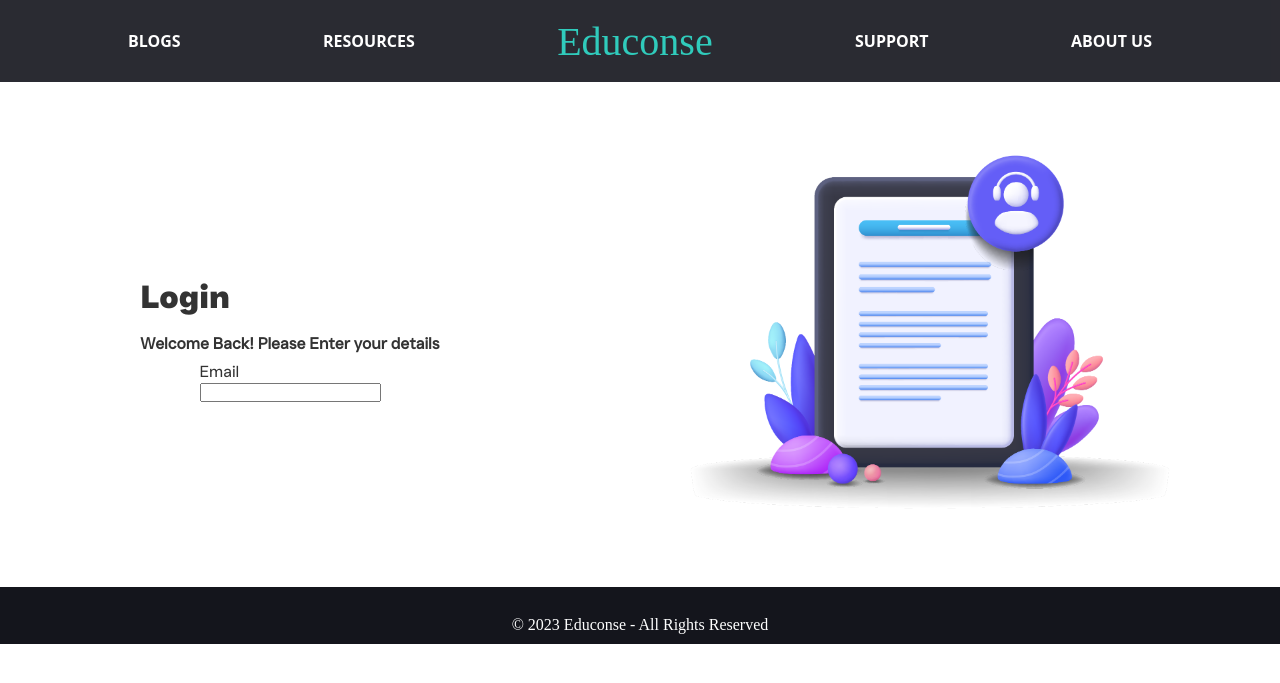
Repository: devajay07/educonse
Page: pages/login.html
An editor plug-in stored every save of this project. The page is shown before and after a run of saves, followed by the edit.
The browser window is 1280 px wide. The pictures show the whole page.

Above is the page before, as saved 2023-10-15 02:09:54.

### pages/login.html
<!DOCTYPE html>
<html lang="en">

<head>
  <meta charset="UTF-8" />
  <meta name="viewport" content="width=device-width, initial-scale=1.0" />
  <title>Document</title>

  <script src="https://code.jquery.com/jquery-3.7.0.js"></script>
  <link rel="stylesheet" href="/css/header.css" />
  <link rel="stylesheet" href="/css/login.css" />
</head>

<body>
  <header id="header"></header>
  <main>
    <div class="login-panel">
      <div class="left-section">
        <div class="top">
          <h1 class="heading">Login</h1>
          <h2 class="sub-heading">Welcome Back! Please Enter your details</h2></div>
        <div class="email">
          <label for="email-input">Email</label>
          <div class="email-field">
            <input type="email" name="email-input" id="email-input" />
          </div>
        </div>
        <div class="password">
          <label for=""></label>
        </div>
      </div>
      <div class="right-section">

        <img src="/images/login1.png" alt="Login Image" id="login-img">
      </div>
    </div>
  </main>
  <footer>
    <div class="footer-2">&copy; 2023 Educonse - All Rights Reserved</div>
  </footer>
  <script>
    $(document).ready(function () {
      $("#header").load("/pages/header.html");
    });
  </script>
</body>

</html>

### css/header.css
@import url("https://cdnjs.cloudflare.com/ajax/libs/font-awesome/6.4.2/css/all.min.css");
* {
  padding: 0;
  margin: 0;
  box-sizing: border-box;
}
@font-face {
  font-family: "brand-bold";
  src: url("/fonts/brand-bold.otf") format("opentype");
  font-weight: normal;
  font-style: normal;
}
@font-face {
  font-family: "brand-reg";
  src: url("/fonts/brand-regular.otf") format("opentype");
  font-weight: normal;
  font-style: normal;
}

:root {
  --brand-color: hsla(291, 60%, 34%, 1);
  --hookers-green: hsla(174, 17%, 46%, 1);
  --white: hsla(0, 0%, 100%, 1);
  --poppy: hsla(356, 74%, 52%, 1);
  --black: hsla(60, 1%, 14%, 1);
  --beige: #f5f5dc;

  --brand-bold: "brand-bold", sans-serif;
  --brand-reg: "brand-reg", sans-serif;
  --universal-margin: 1rem 8rem;
  --section-margin: 1rem;
  --footer-bg: rgb(20, 21, 28);
}

body {
  background-color: white;
  color: #333; /* A light version of black */
}

.nav-container {
  display: flex;
  align-items: center;
  justify-content: space-between;
  width: 100%;
  margin: var(--universal-margin);
  height: 50px;
}
.nav-container .nav-item {
  font-family: system-ui, -apple-system, BlinkMacSystemFont, "Segoe UI", Roboto,
    Oxygen, Ubuntu, Cantarell, "Open Sans", "Helvetica Neue", sans-serif;
  color: var(--white);
  font-weight: bolder;
}

nav {
  display: flex;
  justify-content: space-between;
  align-items: center;
  background-color: var(--footer-bg);
  opacity: 0.9;
  color: white;
}

nav .brand {
  font-size: 40px;
  color: var(--brand-color);
  font-family: var(--brand-font);
}

nav a {
  text-decoration: none;
  color: white;
}

footer {
  display: flex;
  flex-direction: column;
}
.footer-1 {
  display: flex;
  justify-content: space-evenly;
}
.footer-1 .customer-service > div {
  padding: 0.2rem;
}
.footer-1 h1 {
  font-size: 1.2rem;
  font-family: var(--brand-font);
  margin-bottom: 0.5rem;
}
.footer-1 p {
  font-size: 0.8rem;
  opacity: 0.6;
  color: #f0e8e8;
  padding: 0.3rem;
  font-family: var(--brand-reg);
}
.footer-1 .heading{
  padding-bottom: 1rem;
  font-family: var(--brand-bold);
}


.footer-1 span {
  font-size: 0.8rem;
  margin: 0.4rem;
}

.footer-1 a {
  color: #f0f0ea;
  text-decoration: none;
}
.footer-1 .reach-us {
  display: flex;
  align-items: center;
  flex-direction: column;
}

.reach-us iframe{
  border-radius: 8px;
}

.footer-2{
  padding-top: 1.2rem;
}

.text {
  color: white;
  font-size: 20px;
  position: absolute;
  top: 50%;
  left: 50%;
  transform: translate(-50%, -50%);
  -ms-transform: translate(-50%, -50%);
  white-space: nowrap;
}

@charset "UTF-8";

.svg-inline--fa {
  vertical-align: -0.2em;
}

.rounded-social-buttons {
  text-align: center;
}

.rounded-social-buttons .social-button {
  display: inline-block;
  position: relative;
  cursor: pointer;
  width: 3.125rem;
  height: 3.125rem;
  border: 0.125rem solid transparent;
  padding: 0;
  text-decoration: none;
  text-align: center;
  color: #fefefe;
  font-size: 1.5625rem;
  font-weight: normal;
  line-height: 2em;
  border-radius: 1.6875rem;
  transition: all 0.5s ease;
  margin-right: 0.25rem;
  margin-bottom: 0.25rem;
}

.rounded-social-buttons .social-button:hover,
.rounded-social-buttons .social-button:focus {
  -webkit-transform: rotate(360deg);
  -ms-transform: rotate(360deg);
  transform: rotate(360deg);
}

.rounded-social-buttons .fa-twitter,
.fa-facebook-f,
.fa-linkedin,
.fa-youtube,
.fa-instagram {
  font-size: 25px;
}

.rounded-social-buttons .social-button.facebook {
  background: #3b5998;
}

.rounded-social-buttons .social-button.facebook:hover,
.rounded-social-buttons .social-button.facebook:focus {
  color: #3b5998;
  background: #fefefe;
  border-color: #3b5998;
}

.rounded-social-buttons .social-button.twitter {
  background: #55acee;
}

.rounded-social-buttons .social-button.twitter:hover,
.rounded-social-buttons .social-button.twitter:focus {
  color: #55acee;
  background: #fefefe;
  border-color: #55acee;
}

.rounded-social-buttons .social-button.linkedin {
  background: #007bb5;
}

.rounded-social-buttons .social-button.linkedin:hover,
.rounded-social-buttons .social-button.linkedin:focus {
  color: #007bb5;
  background: #fefefe;
  border-color: #007bb5;
}

.rounded-social-buttons .social-button.youtube {
  background: #bb0000;
}

.rounded-social-buttons .social-button.youtube:hover,
.rounded-social-buttons .social-button.youtube:focus {
  color: #bb0000;
  background: #fefefe;
  border-color: #bb0000;
}

.rounded-social-buttons .social-button.instagram {
  background: #125688;
}

.rounded-social-buttons .social-button.instagram:hover,
.rounded-social-buttons .social-button.instagram:focus {
  color: #125688;
  background: #fefefe;
  border-color: #125688;
}

footer {
  background-color: var(--footer-bg);
  color: white;
  text-align: center;
  padding: 10px 0;
}

### css/login.css
@import url("/css/global.css");
main .login-panel{
  display: flex;
  justify-content: center;
  background-color: var(--white);
  font-family: var(--brand-reg);
}

.left-section{
  width: 800px;
  display: flex;
  flex-direction: column;
  justify-content: center;
  align-items:center;
  font-family: var(--brand-reg );

}

.top{

}

.heading{
  font-family: var(--brand-bold);
  font-size: 2rem;
  padding: 0.5rem;
}

.sub-heading{
  font-family: var(--brand-reg);
  font-size: 1rem;
  padding: 0.5rem;
}
#login-img{
  width: 700px;
  height:500px;
  object-fit: contain;
}

### css/global.css
@import url("https://cdnjs.cloudflare.com/ajax/libs/font-awesome/6.4.2/css/all.min.css");
* {
  padding: 0;
  margin: 0;
  box-sizing: border-box;
}
@font-face {
  font-family: "brand-bold";
  src: url("/fonts/brand-bold.otf") format("opentype");
  font-weight: normal;
  font-style: normal;
}
@font-face {
  font-family: "brand-reg";
  src: url("/fonts/brand-regular.otf") format("opentype");
  font-weight: normal;
  font-style: normal;
}

:root {
  --brand-color: rgb(26, 198, 181);
  --hookers-green: hsla(174, 17%, 46%, 1);
  --white: hsla(0, 0%, 100%, 1);
  --poppy: hsla(356, 74%, 52%, 1);
  --black: hsla(60, 1%, 14%, 1);
  --beige: #f5f5dc;

  --brand-bold: "brand-bold", sans-serif;
  --brand-reg: "brand-reg", sans-serif;
  --universal-margin: 1rem 8rem;
  --section-margin: 1rem;
  --footer-bg: rgb(20, 21, 28);
}

### pages/header.html
<nav>
  <div class="nav-container">
    <div class="nav-item">BLOGS</div>
    <div class="nav-item">RESOURCES</div>
    <div class="brand">Educonse</div>
    <div class="nav-item">SUPPORT</div>
    <div class="nav-item">ABOUT US</div>
  </div>
</nav>

After the next 5 saves:
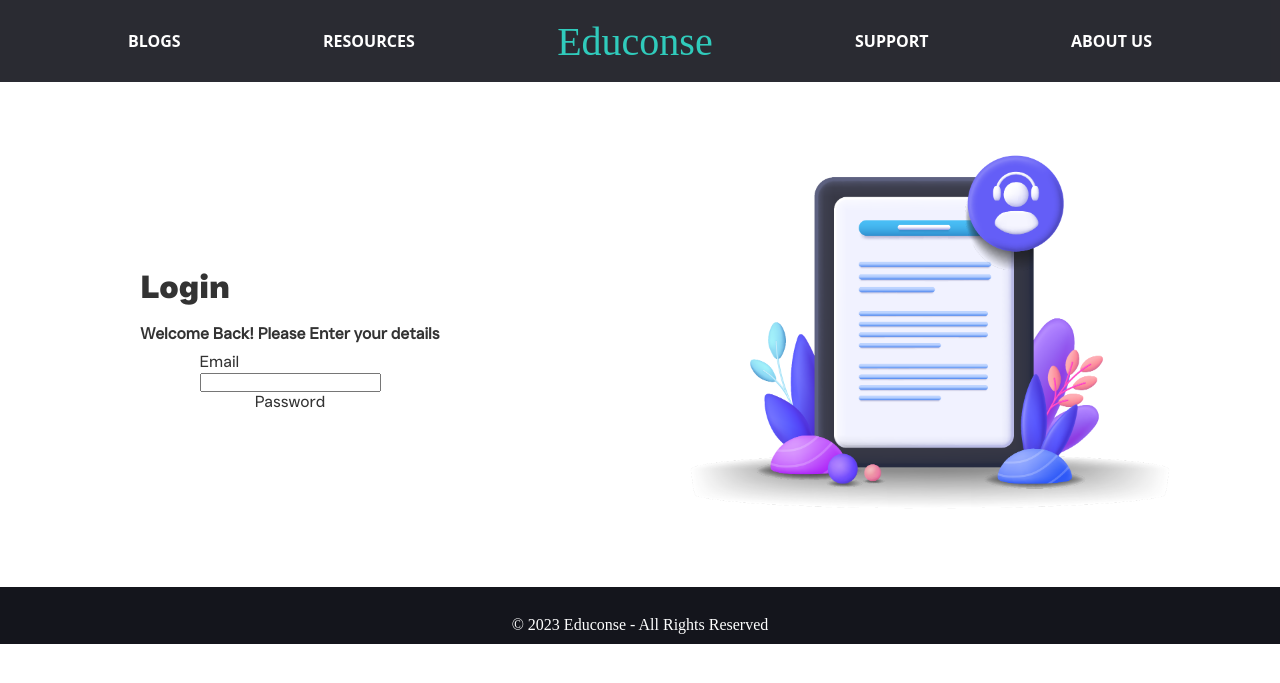
The 5 saves are shown as one change because they came seconds apart.
The last was saved 18 s later.
--- a/pages/login.html
+++ b/pages/login.html
@@ -26,7 +26,10 @@
           </div>
         </div>
         <div class="password">
-          <label for=""></label>
+          <label for="password-input">Password</label>
+          <div class="password">
+
+          </div>
         </div>
       </div>
       <div class="right-section">
